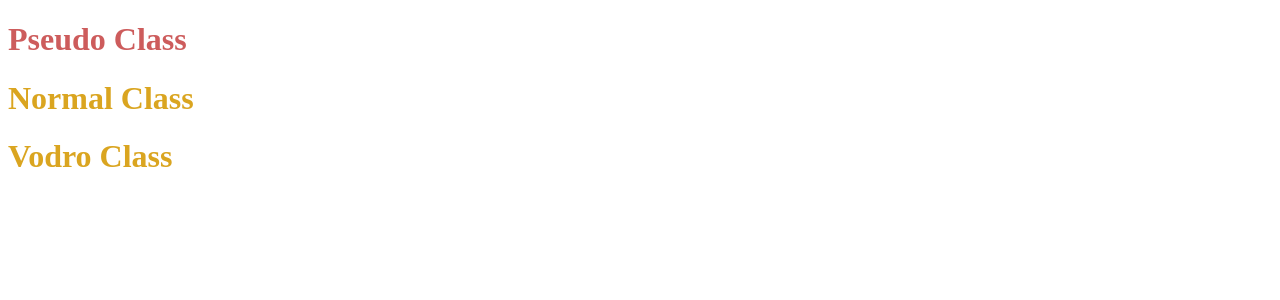
Repository: mohsinfarabi/first-website
Page: pseudo_class.html
An editor plug-in stored every save of this project. The page is shown before and after the next save, followed by the edit.
The browser window is 1280 px wide. The pictures show the whole page.
The pointer rests on the first visible `h1`.

Above is the page before, as saved 2020-06-29 21:45:04.

### pseudo_class.html
<!DOCTYPE html>
<html lang="en">

<head>
    <meta charset="UTF-8">
    <meta name="viewport" content="width=device-width, initial-scale=1.0">
    <title>Document</title>
    <style>
        h1 {
            color: goldenrod;
        }

        h1:hover {
            color: indianred;
        }
    </style>
</head>

<body>
    <h1>Pseudo Class</h1>
    <h1>Normal Class</h1>
    <h1>Vodro Class</h1>
</body>

</html>

After the next save:
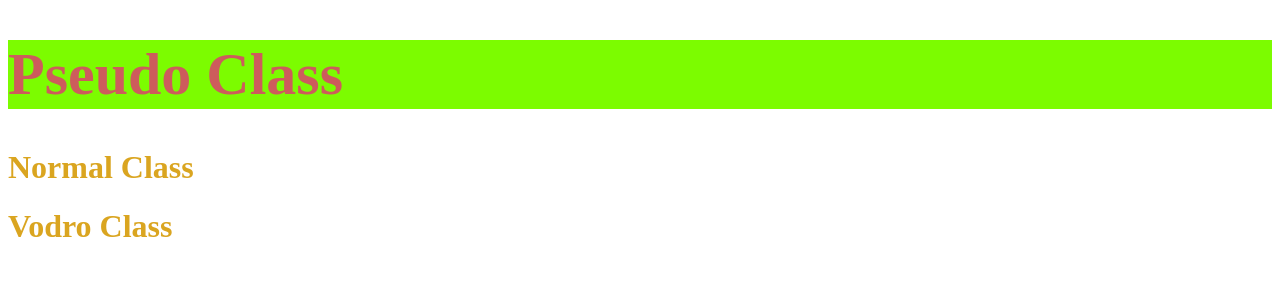
Saved 76 s later.
--- a/pseudo_class.html
+++ b/pseudo_class.html
@@ -12,6 +12,8 @@
 
         h1:hover {
             color: indianred;
+            font-size: 60px;
+            background-color: lawngreen;
         }
     </style>
 </head>
